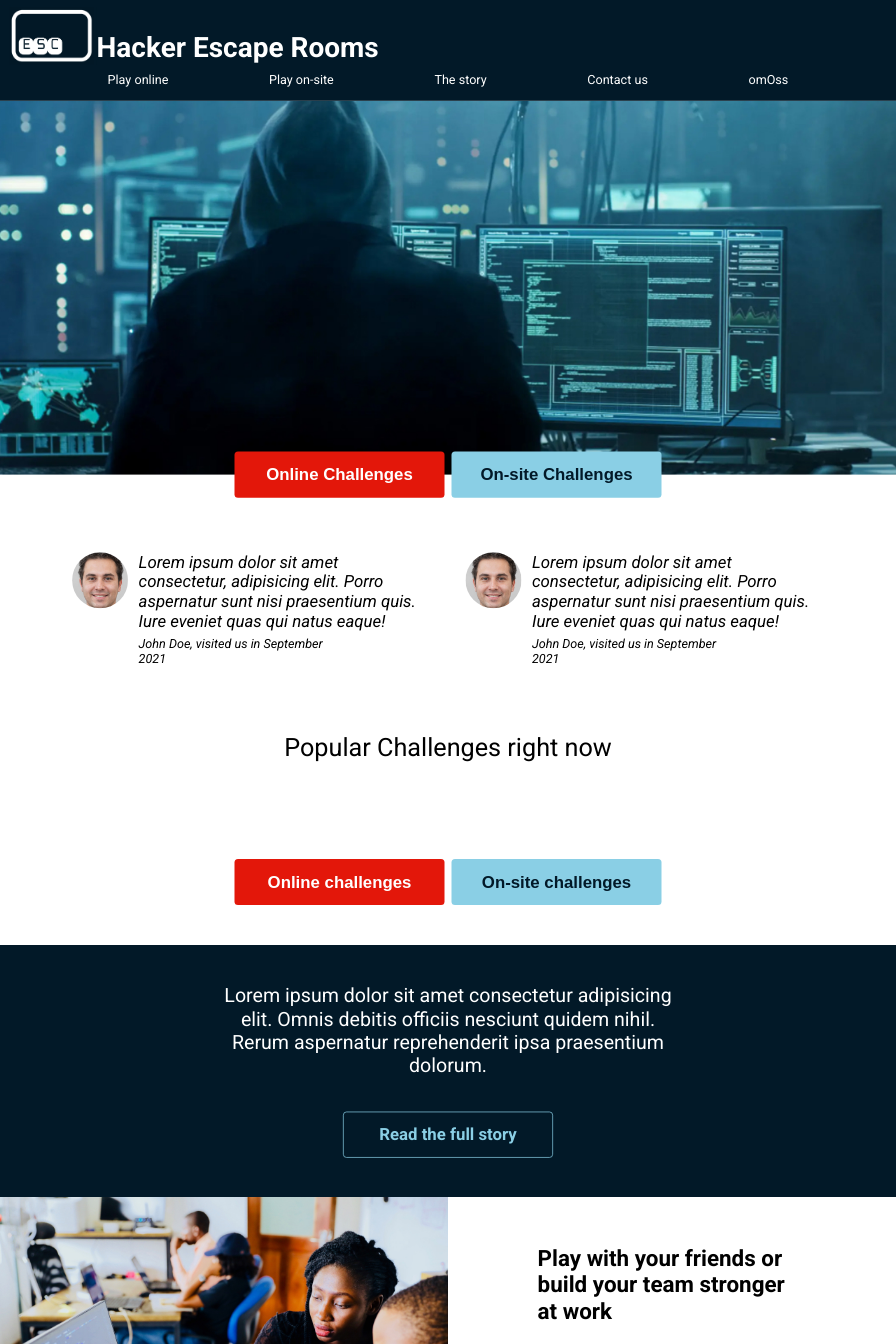
Repository: KarimIsaac/HackerEscapeRooms
Page: index.html
The author's editor kept a copy of each file at every save. The page is drawn from the files as they stood at one save, then again after the next save.
The browser window is 1280 px wide. The pictures show the part of the page from y = 0 to 1920 px (the page is 2990 px tall), at 70% of full size.
The page's requests for data from a server got no answer.

Above is the page before, as saved 2022-06-05 02:33:19.

### index.html
<!DOCTYPE html>
<html lang="en">
<head>
    <meta charset="UTF-8">
    <meta name="viewport" content="width=device-width, initial-scale=1.0">
    <!-- roboto -->
    <link rel="preconnect" href="https://fonts.googleapis.com">
    <link rel="preconnect" href="https://fonts.gstatic.com" crossorigin>
    <link href="https://fonts.googleapis.com/css2?family=Roboto:ital,wght@0,400;0,700;1,400&display=swap"
        rel="stylesheet">
    <!-- stylesheet -->
    <link rel="stylesheet" href="https://use.fontawesome.com/releases/v5.15.4/css/all.css" integrity="sha384-DyZ88mC6Up2uqS4h/KRgHuoeGwBcD4Ng9SiP4dIRy0EXTlnuz47vAwmeGwVChigm" crossorigin="anonymous">
    <link rel="stylesheet" href="src/css/main.css">
    <title>[ESC] hacker escape rooms</title>
</head>
<body class="index">
    <header>
        <div class="logo-container">
            <picture>
                <img src="src/img/esc-logo-img.jpg" alt="ESC logo">
                <source srcset="src/img/esc-logo-img-mobile.jpg" media="(max-width: 800px)">
            </picture>
            <div class="logo-header-container">
                <h1>Hacker Escape Rooms</h1>
            </div>
        </div>
        <!-- menu-nav destop/mobile -->
        <nav class="header-nav">
            <ul class=" meny-hover-link">
                <li id="close-menyBtn"> <i class="fas fa-times"></i></li>
                <li><a href="./src/Pages/challengesPage.html">Play online</a></li>
                <li><a href="./src/Pages/challengesPage.html">Play on-site</a></li>
                <li><a href="#">The story</a></li>
                <li> <a href="#">Contact us</a></li>
                <li><a href="./src/Pages/omOss.html">omOss</a></li>
            </ul>
        </nav>
        <button id="meny-btn"> <i class="fas fa-bars"></i></button>
    </header>
    <!--
            content section start here!!
        -->
    <section id="hero-section">
        <!-- img section -->
        <img src="src/img/Hero-banner-img.jpg" alt="image: programmer at work, over sholder shoot">
        <div class="button-container">
            <button class="primary-btn">Online Challenges</button>
            <button class="secondary-btn">On-site Challenges</button>
        </div>
    </section>

    <!-- testimonials -->
    <section id="testimonial-container">
        <div class="testimonial-quote">
            <picture>
                <img src="src/img/testimonial-img-one.jpg" alt="image: portrait photo of testimonial author">
            </picture>
            <div>
                <p>
                    Lorem ipsum dolor sit amet consectetur,
                    adipisicing elit. Porro aspernatur sunt nisi praesentium quis.
                    Iure eveniet quas qui natus eaque!
                </p>
                <i>
                    John Doe, visited us in September
                    <span class="qoute-year"> 2021 </span>
                </i>
            </div>
        </div>
        <div class="testimonial-quote">
            <picture>
                <img src="src/img/testimonial-img-one.jpg" alt="image: portrait photo of testimonial author">
            </picture>
            <div>
                <p>
                    Lorem ipsum dolor sit amet consectetur,
                    adipisicing elit. Porro aspernatur sunt nisi praesentium quis.
                    Iure eveniet quas qui natus eaque!
                </p>
                <i>
                    John Doe, visited us in September
                    <span class="qoute-year"> 2021 </span>
                </i>
            </div>
        </div>
    </section>
    <!--
        ======================== main content start here - (card section)  =============================
    -->
    <!-- card articles for diffrent challenges -->
    <main>
        <section id="title-section">
            <h2>Popular Challenges right now</h2>
        </section>

        <!-- cards -->
        <section id="card-section">
            <!-- Api rendered cards goes here! -->
        </section>

        <div class="button-container-challenges">
            <button class="primary-btn"> Online challenges </button>
            <button class="secondary-btn"> On-site challenges</button>
        </div>
    </main>
    <!--
        ======================== main content --- ENDS --- here =============================
    -->
    <section id="story-article-container">
        <div>
            <h2>
                Lorem ipsum dolor sit amet consectetur adipisicing elit.
                Omnis debitis officiis nesciunt quidem nihil.
                Rerum aspernatur reprehenderit ipsa praesentium dolorum.
            </h2>
            <a href="#" class="third-btn">Read the full story</a>
        </div>
    </section>

    <!-- grid section with articles -->
    <section id="grid-articles-container">
        <!-- img -->
        <picture class="grid-child-img grid-child-one">
            <img src="src/img/grid-article-img-one.jpg" alt="image: office workers, in office working, on computer">
        </picture>
        <!-- text article one -->
        <article class="grid-child-text grid-child-two">
            <h2>
                Play with your friends or build your team
                stronger at work
            </h2>
            <p>
                Lorem ipsum dolor sit amet consectetur adipisicing
                elit. Dolorem, beatae in nemo sed impedit
                expedita quasi est quidem saepe perspiciatis perferendis dolore.
            </p>
            <div>
                <button class="fourth-btn"> Book on-site today </button>
            </div>
        </article>
        <!-- img -->
        <picture class="grid-child-img grid-child-three">
            <img src="src/img/grid-article-img-two.jpg" alt="image: girl working att desktop-computer">
        </picture>
        <!-- text article two -->
        <article class="grid-child-text grid-child-four">
            <h2>
                Play online or visit venue for one of our 25
                our 25 escape rooms
            </h2>
            <p>
                Lorem ipsum dolor sit amet consectetur adipisicing
                elit. Dolorem, beatae in nemo sed impedit
                expedita quasi est quidem saepe perspiciatis perferendis dolore.
            </p>
            <div>
                <button class="fourth-btn"> See all challenges </button>
            </div>
        </article>
    </section>

    <!-- obs! whiteSpace, no content -->
    <section id="whiteSpace-container">
        <!-- this is just empty space -->
    </section>

    <!--
    ========================= end of content section =========================
    -->
    <footer>
        <div class="footer-information-container">
            <h3>[ESC] Hacker Escape Rooms</h3>
            <p>
                Lorem ipsum dolor sit amet consectetur, adipisicing elit. Obcaecati,
                exercitationem! Suscipit, animi necessitatibus, ea
                quis cupiditate tenetur quasi harum cum repellendus libero praesentium.
            </p>
        </div>
        <nav class="footer-nav">
            <!-- first nav-link list -->
            <ul class="meny-hover-link">
                <li class="bold-text">Site map</li>
                <li><a href="#"> the Story </a></li>
                <li><a href="#"> Contact Us</a></li>
                <li><a href="#"> Legal</a></li>
                <li class="margin-up"> <a href="#">Play Online</a></li>
                <li><a href="#"> Play on-site </a></li>
            </ul>
            <!--second nav-link list -->
            <ul class="meny-hover-link">
                <li class="bold-text">Follow us on</li>
                <li><a target="_blank" href="https://www.facebook.com">Facebook</a></li>
                <li><a target="_blank" href="https://www.instagram.com">Instagram</a></li>
                <li><a target="_blank" href="https://www.youtube.com">Youtube</a></li>
            </ul>
        </nav>
    </footer>

    <script type="module" src="src/javascript/index.js"></script>
</body>

</html>

Loaded but not shown: src/javascript/functions/bookChallenge.js (123 lines, source omitted); src/javascript/functions/Filter/filterByRating.js (100 lines, source omitted); src/javascript/functions/Filter/filterByTag.js (96 lines, source omitted); src/javascript/functions/Filter/renderFilter.js (62 lines, source omitted); src/javascript/functions/render.js (57 lines, source omitted); src/javascript/functions/Filter/enableFilters.js (39 lines, source omitted); src/javascript/functions/Filter/filterByType.js (45 lines, source omitted); src/javascript/functions/mobileMeny.js (38 lines, source omitted); src/javascript/functions/Filter/renderFilterTags.js (28 lines, source omitted); src/javascript/functions/Filter/filterBySearch.js (26 lines, source omitted); src/javascript/functions/Filter/activeFilterCheck.js (22 lines, source omitted); src/javascript/index.js (26 lines, source omitted); src/javascript/functions/links.js (15 lines, source omitted); src/javascript/functions/renderStars.js (14 lines, source omitted); src/javascript/functions/renderChallenges.js (18 lines, source omitted); src/javascript/functions/noMatch.js (12 lines, source omitted); src/javascript/functions/fetchData.js (8 lines, source omitted); src/css/main.css (1018 lines, source omitted)

After the next save:
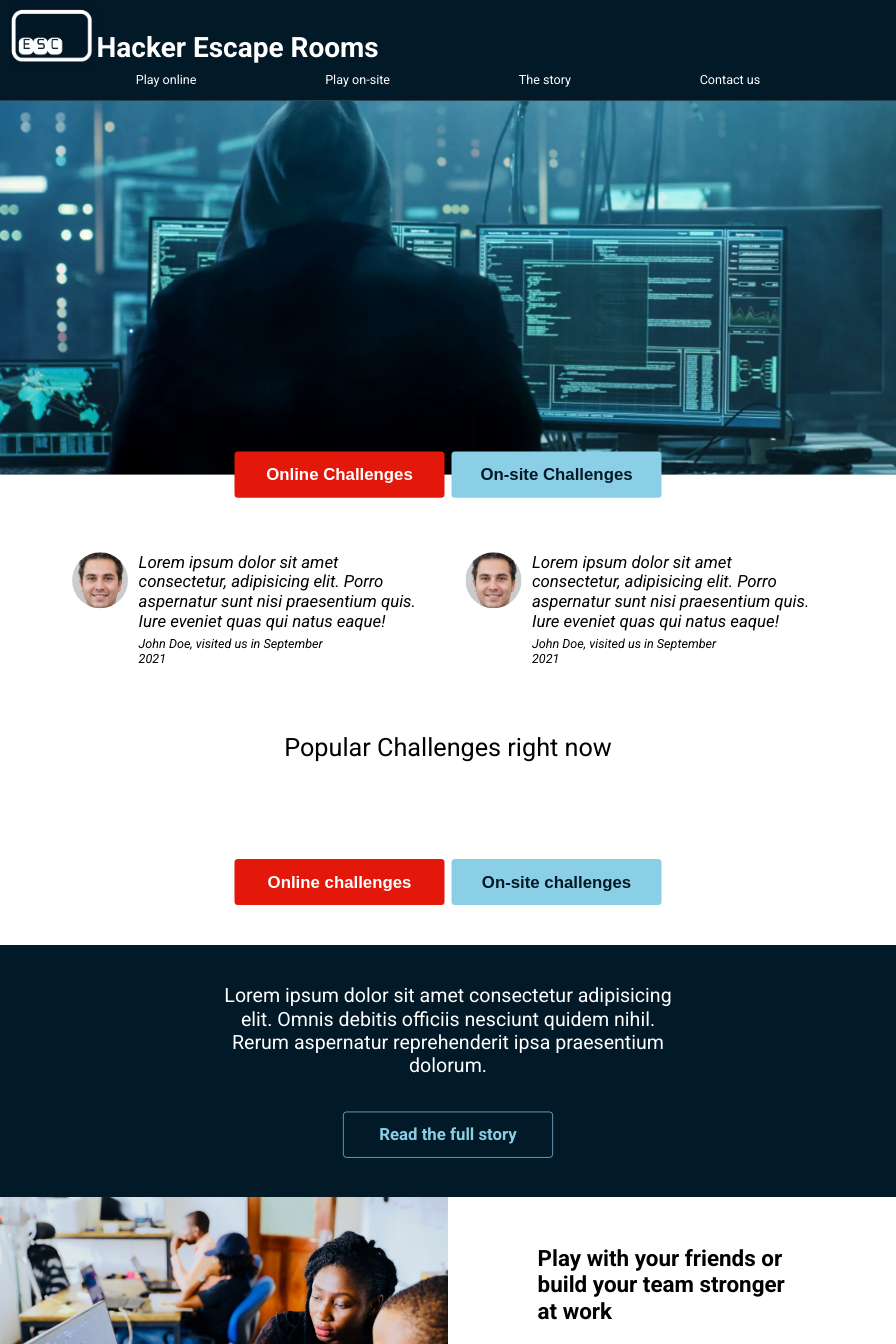
Saved 85 s later.
--- a/index.html
+++ b/index.html
@@ -32,7 +32,7 @@
                 <li><a href="./src/Pages/challengesPage.html">Play on-site</a></li>
                 <li><a href="#">The story</a></li>
                 <li> <a href="#">Contact us</a></li>
-                <li><a href="./src/Pages/omOss.html">omOss</a></li>
+
             </ul>
         </nav>
         <button id="meny-btn"> <i class="fas fa-bars"></i></button>
